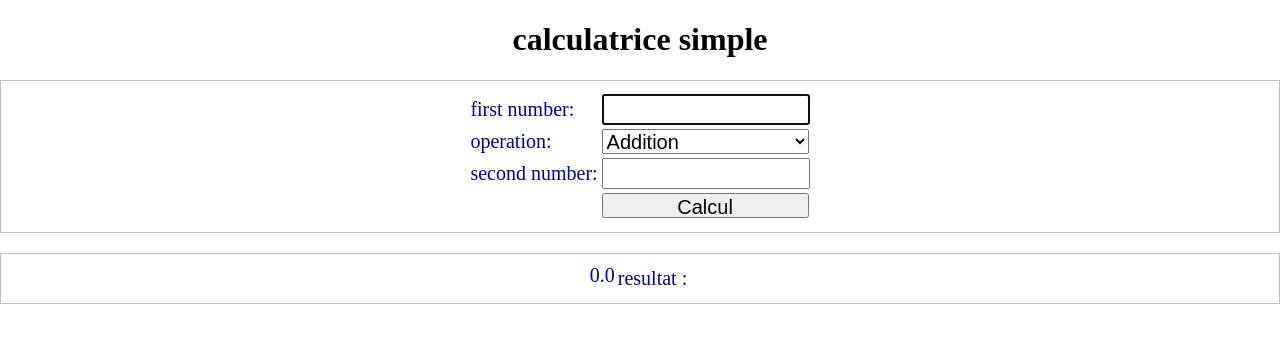
Repository: almahdi76/CalSimple
Page: http://localhost/CalSimple/test2.jsp
The author's editor kept a copy of each file at every save. The page is drawn from the files as they stood at one save, then again after the next save.
The browser window is 1280 px wide. The pictures show the whole page.
The page is served by Tomcat 9.

Above is the page before, as saved 2022-06-13 11:43:32.

After the next save:
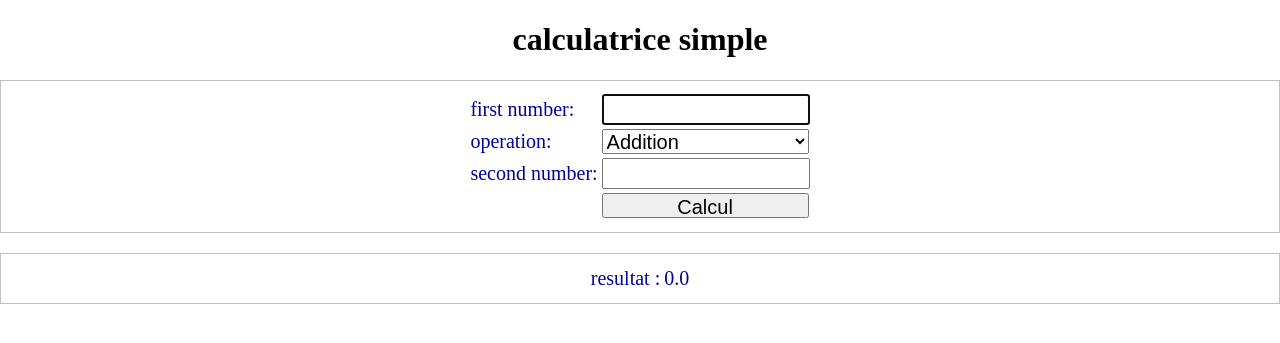
Saved 45 s later.
--- a/jsp/CalSimple/src/main/webapp/test2.jsp
+++ b/jsp/CalSimple/src/main/webapp/test2.jsp
@@ -53,7 +53,7 @@
 		<tr>
 			<td>resultat : </td>
 			<!--  <td> <jsp:getProperty property="resultat" name="resl"/>-->
-	<jsp:getProperty property="resultat" name="resl"/>
+	<td><jsp:getProperty property="resultat" name="resl"/></td>
 	</td>
 		</tr>
 	</table>
